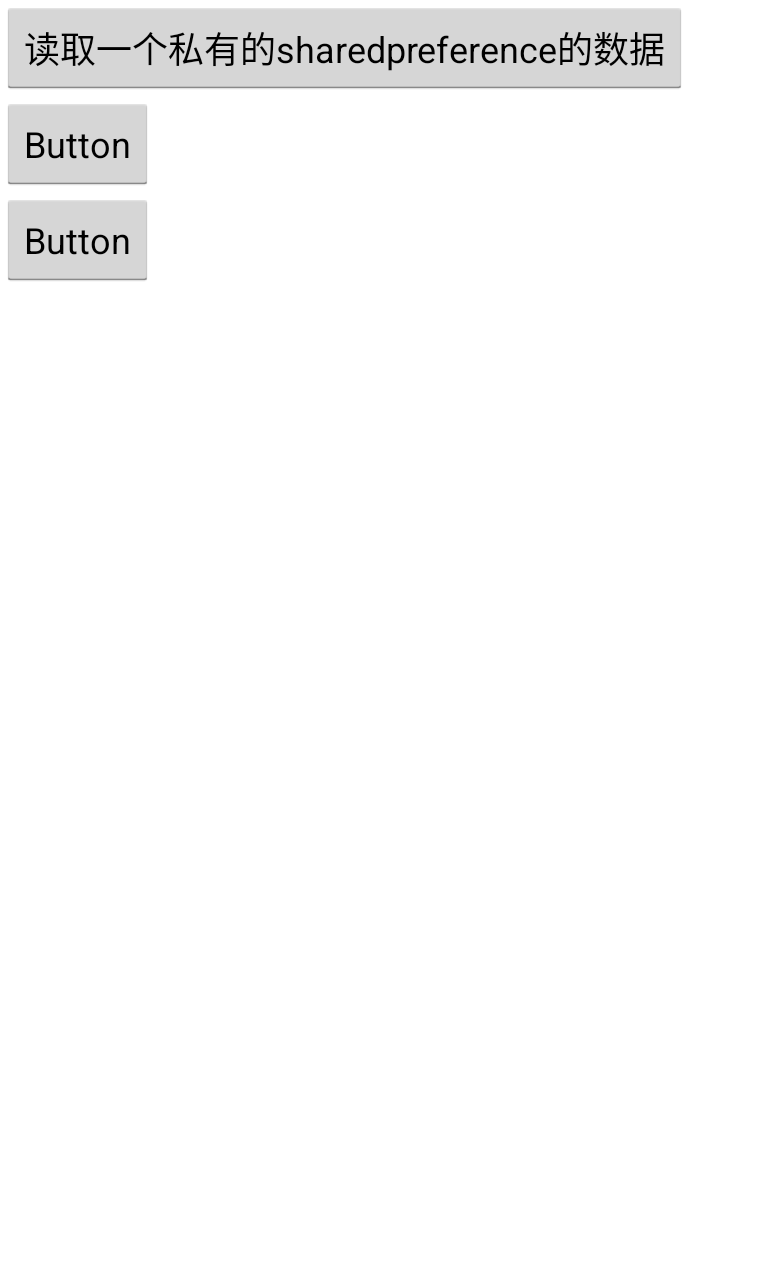
Repository: qq839924354/day01
Layout: day02/code/other/res/layout/activity_main.xml
These files come from the project's save history. The layout is drawn as it stood at one moment and after the next save; the edit follows.
It is drawn on a 768 x 1280 px phone screen (xhdpi) without system bars, with theme AppTheme; the app's code is not run.

Above is the layout before, as saved 2013-03-01 07:50:12.

After the next save:
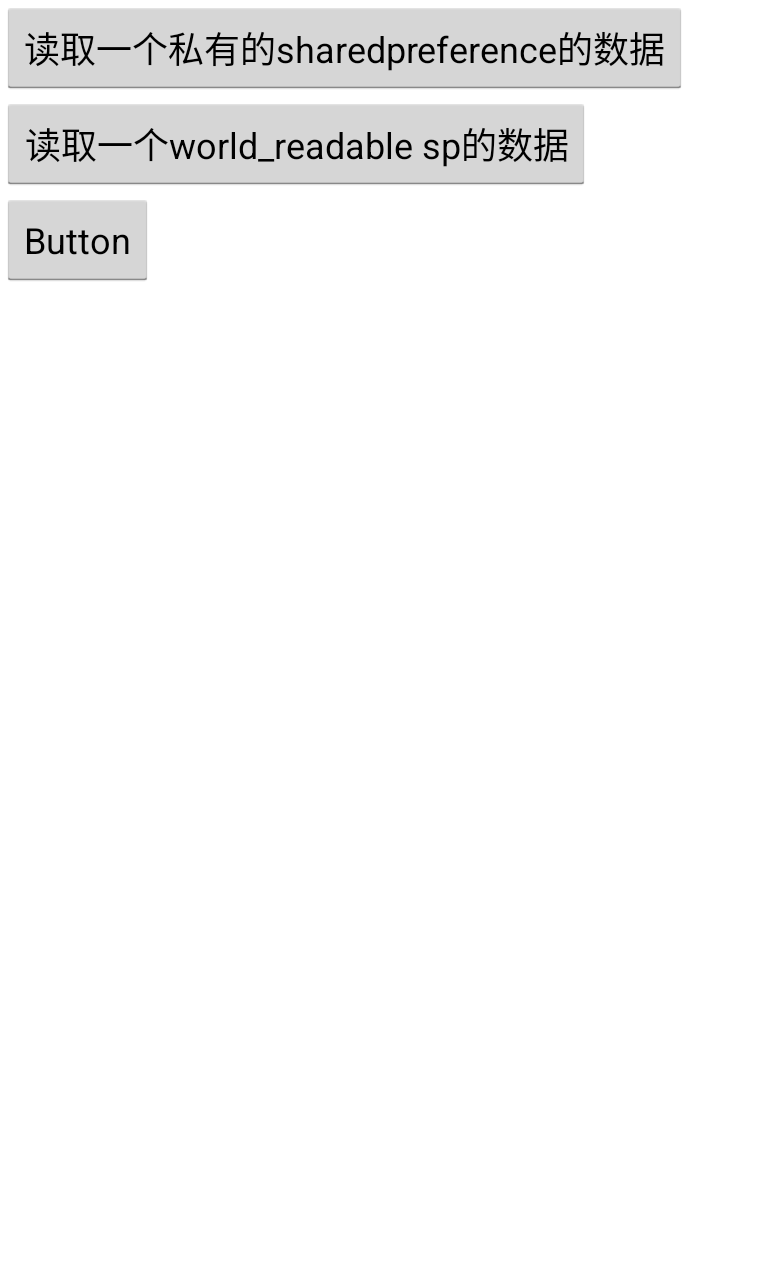
Saved 17 s later.
--- a/day02/code/other/res/layout/activity_main.xml
+++ b/day02/code/other/res/layout/activity_main.xml
@@ -15,7 +15,7 @@
         android:id="@+id/button2"
         android:layout_width="wrap_content"
         android:layout_height="wrap_content"
-        android:text="Button" />
+        android:text="读取一个world_readable sp的数据" />
 
     <Button
         android:id="@+id/button3"
